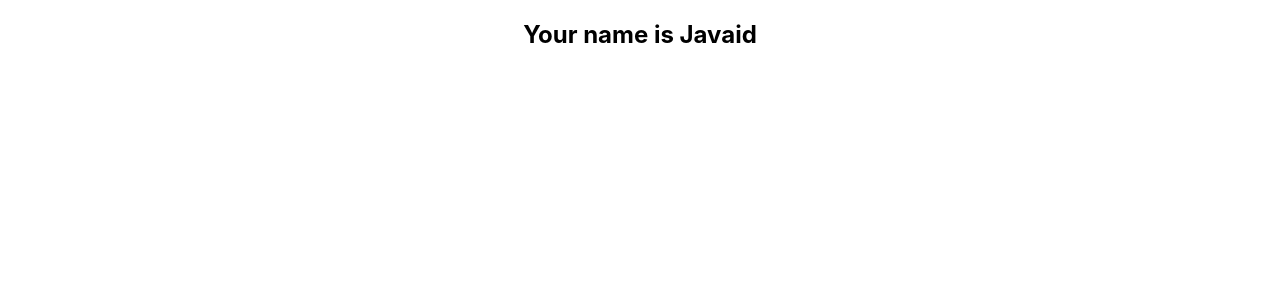
Repository: JavaidAhmadKhan/robo-friends-2.0
Page: /
The author's editor kept a copy of each file at every save. The page is drawn from the files as they stood at one save, then again after the next save.
The browser window is 1280 px wide. The pictures show the whole page.
The project was rebuilt for these pictures with package versions that can differ from the ones it lists, and the page was loaded fresh each time.

Above is the page before, as saved 2022-04-18 22:41:58.

### src/App.js
import { Component } from "react";
import logo from "./logo.svg";
import "./App.css";

class App extends Component {
  constructor() {
    super();

    this.state = {
      name: "Javaid",
    };
  }

  render() {
    return (
      <div className="App">
        <h2>Your name is {this.state.name}</h2>
      </div>
    );
  }
}

export default App;

Loaded but not shown: public/index.html (common file); src/index.js (common file); src/index.css (common file); src/reportWebVitals.js (common file); src/App.css (common file)

After the next save:
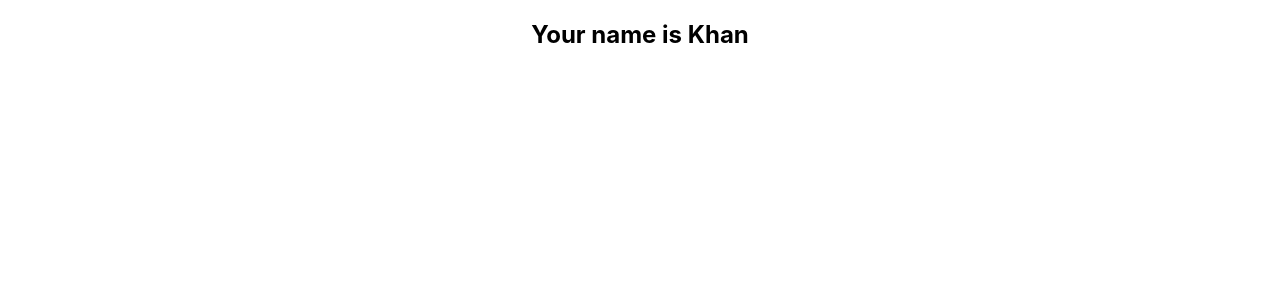
Saved 35 s later.
--- a/src/App.js
+++ b/src/App.js
@@ -7,7 +7,7 @@
     super();
 
     this.state = {
-      name: "Javaid",
+      name: "Khan",
     };
   }
 

After the save that followed:
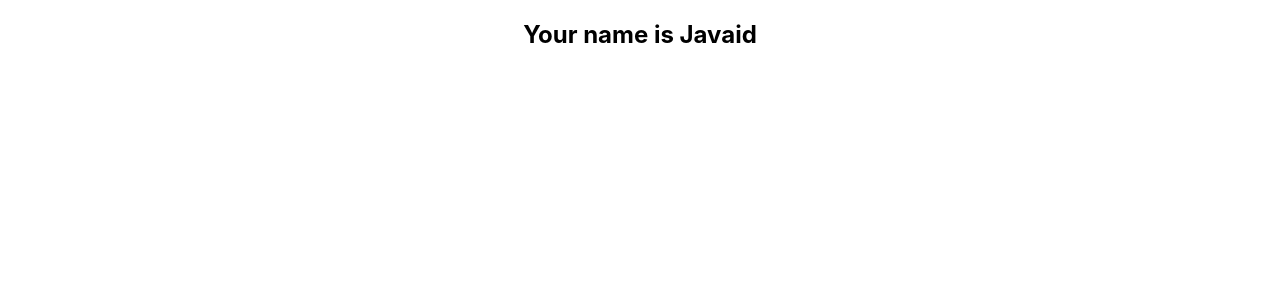
Saved 6 s later.
--- a/src/App.js
+++ b/src/App.js
@@ -7,7 +7,7 @@
     super();
 
     this.state = {
-      name: "Khan",
+      name: "Javaid",
     };
   }
 
